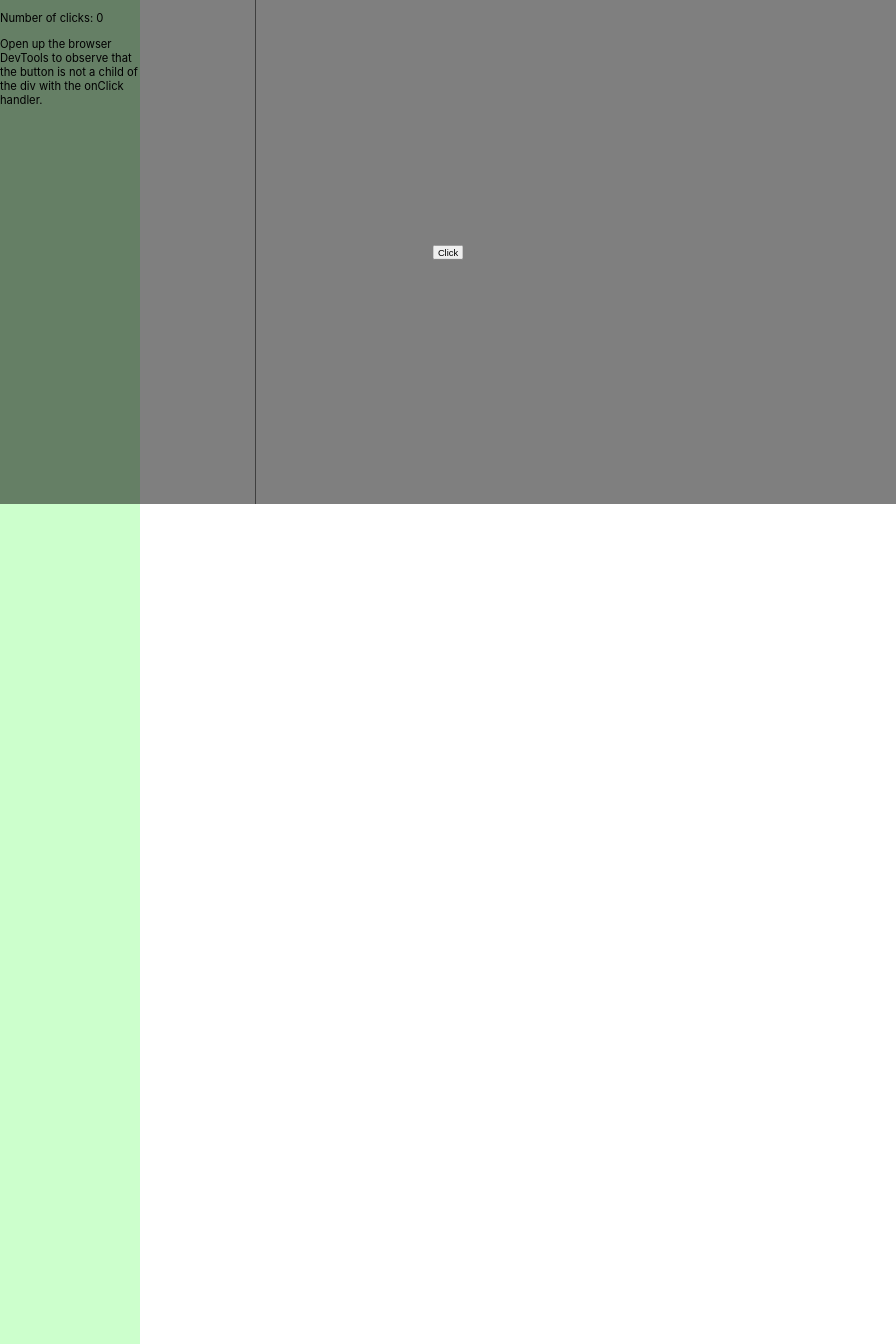
Repository: AprilChou4/cra-demo
Page: / (app in demo7-react生命周期/)
These files come from the project's save history. The page is drawn as it stood at one moment and after the next save; the edit follows.
The browser window is 1280 px wide. The pictures show the part of the page from y = 0 to 1920 px (the page is 10000 px tall), at 70% of full size.
The project was rebuilt for these pictures with package versions that can differ from the ones it lists, and the page was loaded fresh each time.

Above is the page before, as saved 2021-03-02 17:25:55.

After the next save:
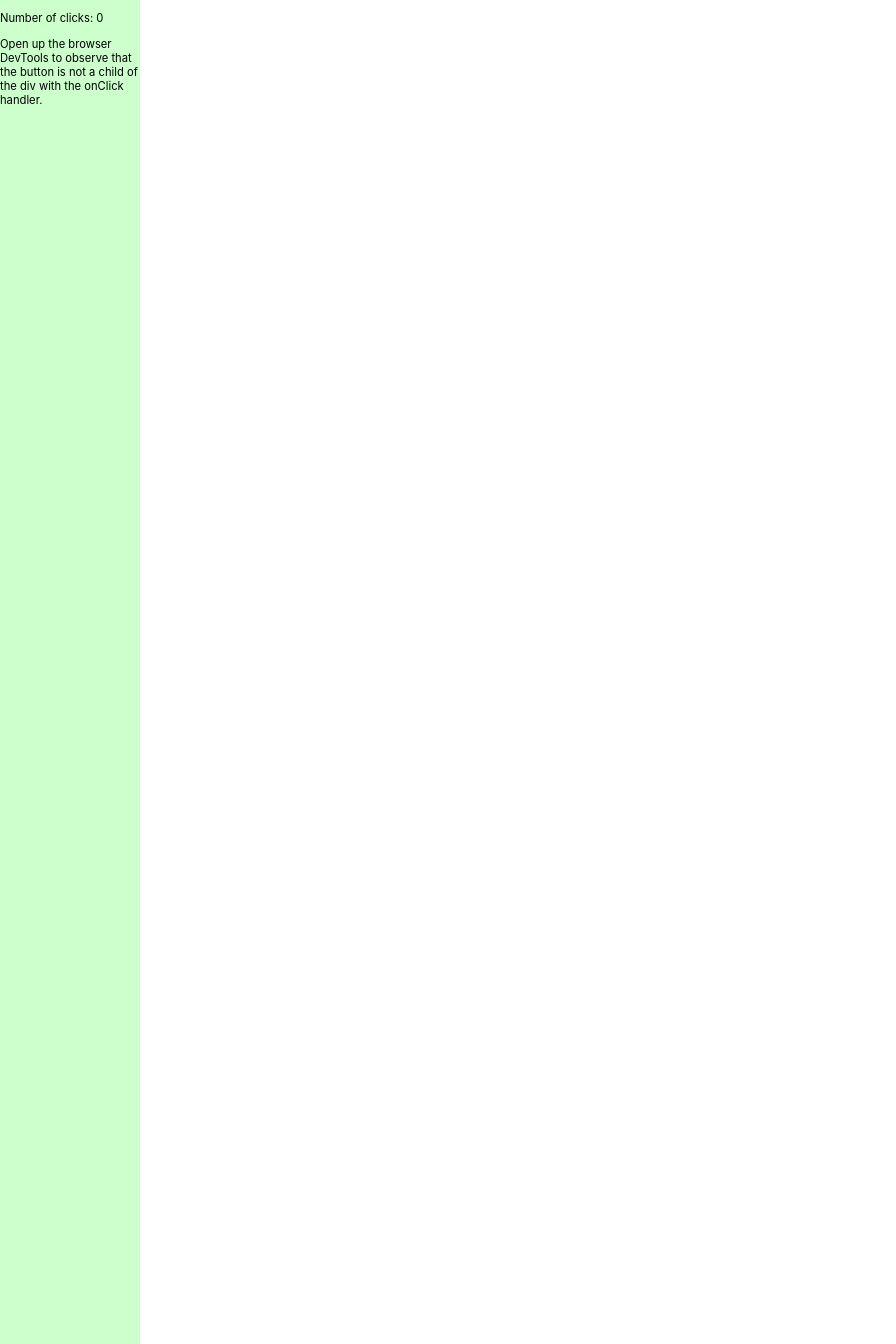
Saved 113 s later.
--- a/demo7-react生命周期/src/component/Portals/index.jsx
+++ b/demo7-react生命周期/src/component/Portals/index.jsx
@@ -73,7 +73,7 @@
 
    </div>
    <Modal>
-   <Child />
+   {/* <Child /> */}
  </Modal></>
     );
   }

After the save that followed:
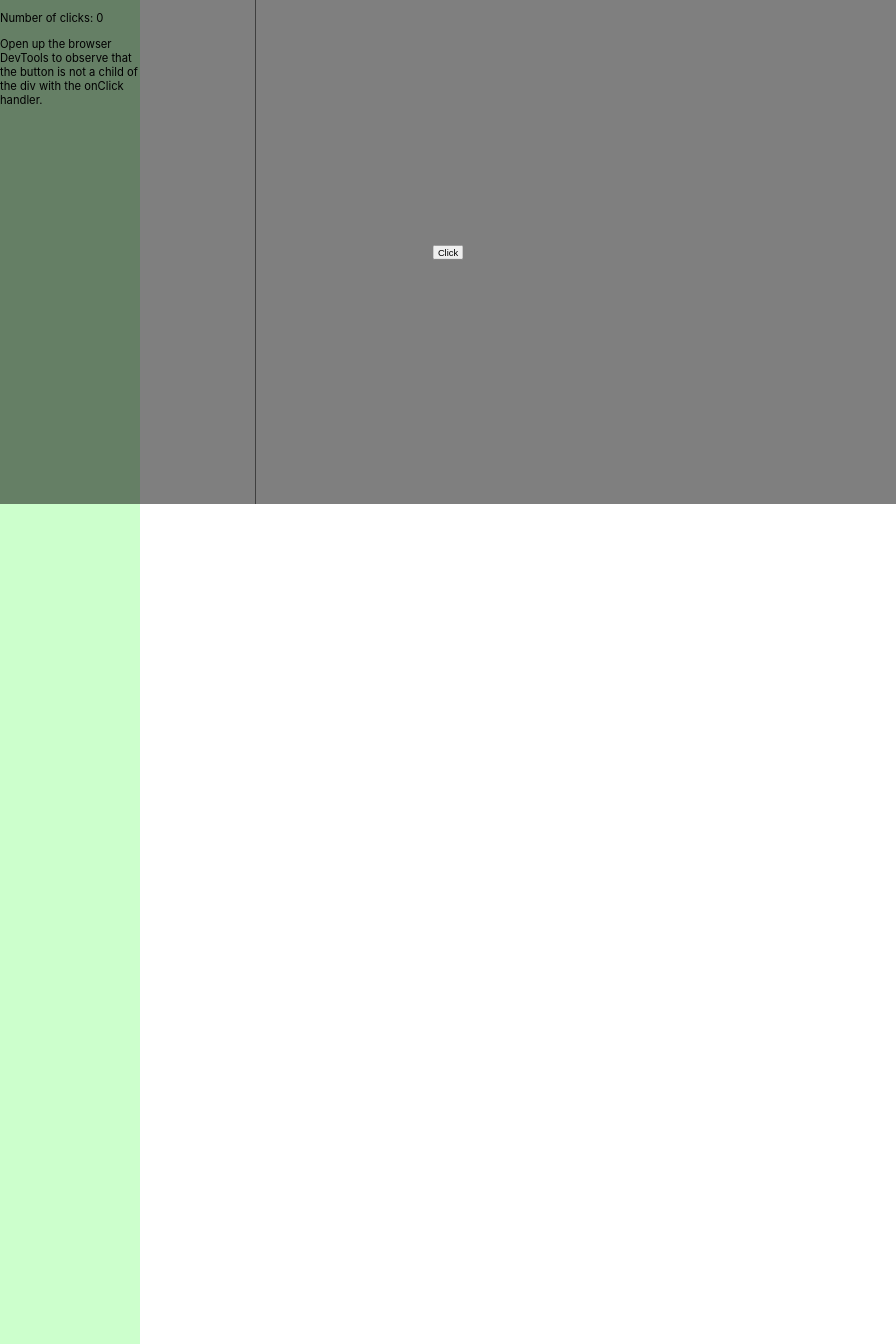
Saved 36 s later.
--- a/demo7-react生命周期/src/component/Portals/index.jsx
+++ b/demo7-react生命周期/src/component/Portals/index.jsx
@@ -73,7 +73,7 @@
 
    </div>
    <Modal>
-   {/* <Child /> */}
+   <Child />
  </Modal></>
     );
   }
